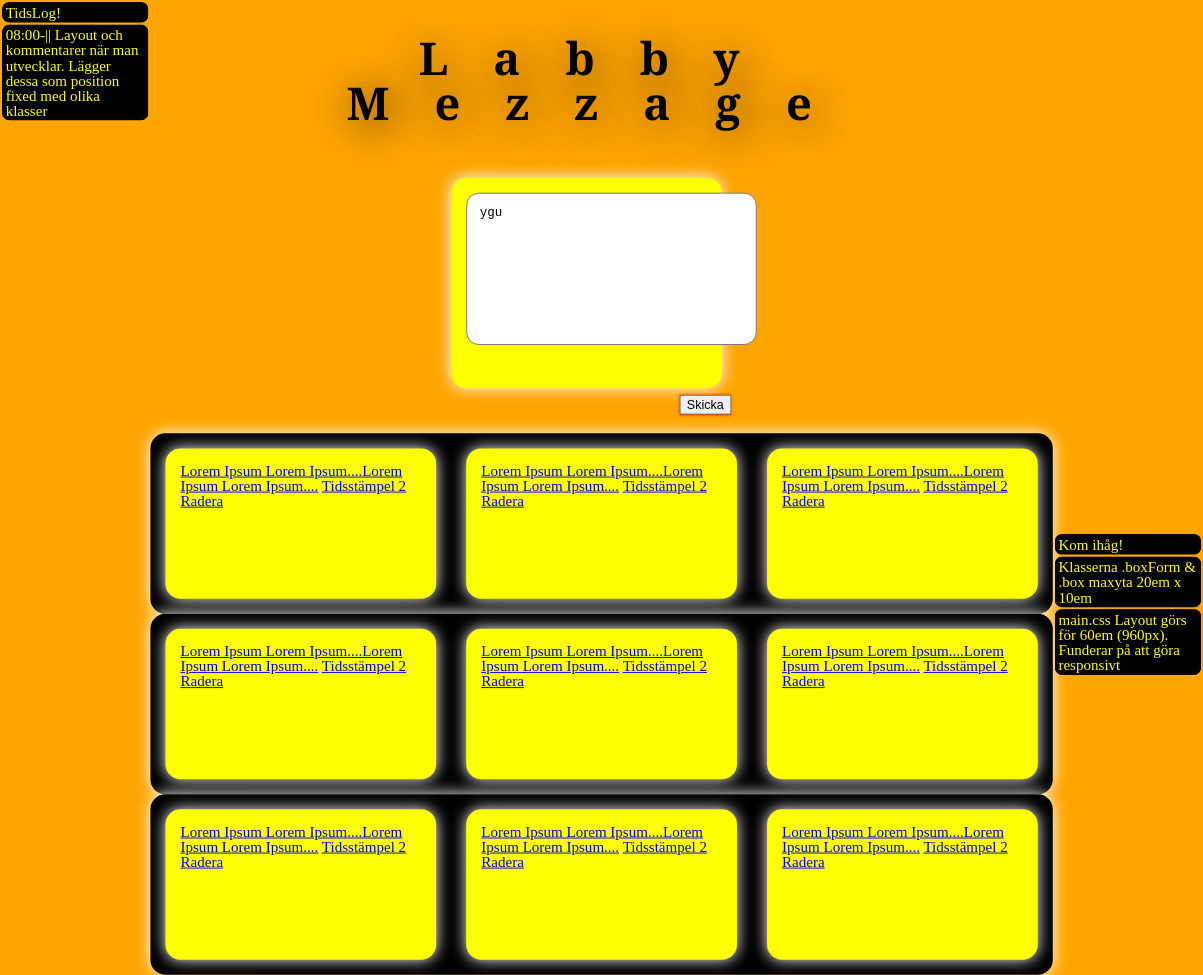
Repository: AndreasAnemyrLNU/1dv403-laborationer-AA223IG
Page: 2-labbymezzage/index.html
The author's editor kept a record of every edit. The page is drawn from the files as they stood at one moment, then again after the next edit.
The browser window is 1280 px wide. The pictures show the whole page, at 94% of full size.

Above is the page before.

After the next edit:
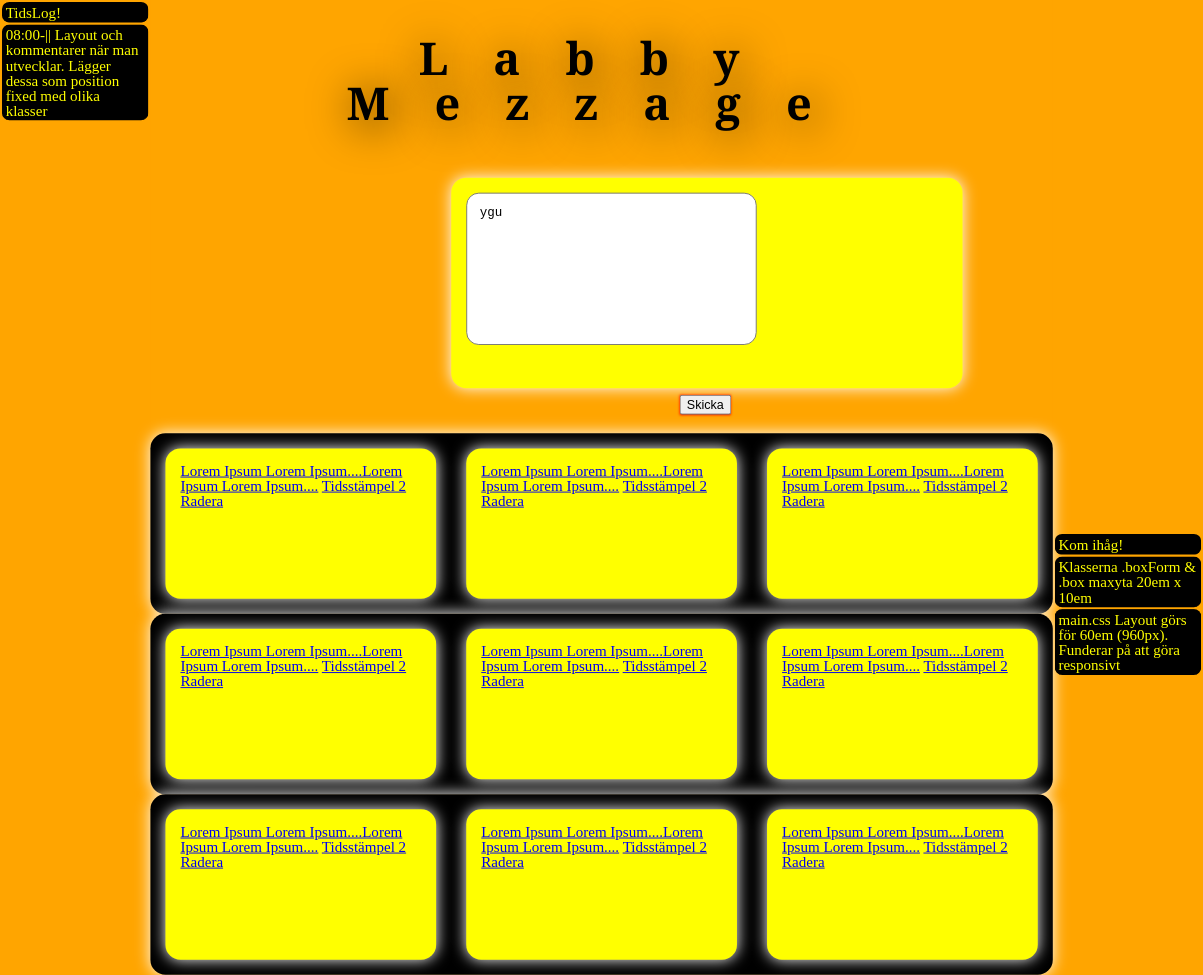
The edit:
--- a/2-labbymezzage/css/main.css
+++ b/2-labbymezzage/css/main.css
@@ -122,7 +122,7 @@
     transform: scale(1);
     transition-duration: .7s;
     margin: 1em 0 3em 0;
-    width: 16em;
+    width: 32em;
 }
 .fixedBottom{
     bottom: 0;
